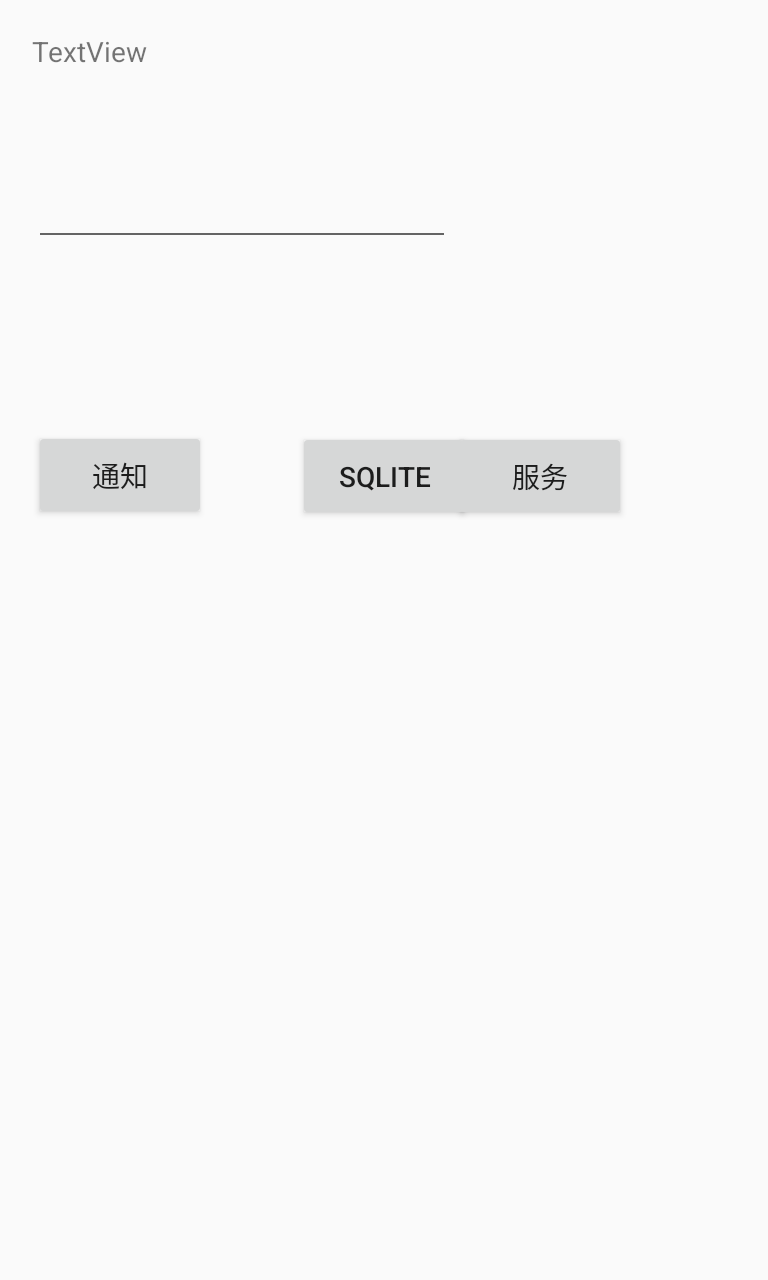
Repository: vampire08ms/Android_Project
Layout: Ring/res/layout/activity_main_activity1.xml
An editor plug-in stored every save of this project. The layout is shown before and after the next save, followed by the edit.
It is drawn on a 768 x 1280 px phone screen (xhdpi) without system bars, with theme AppTheme; the app's code is not run.

Above is the layout before, as saved 2015-02-22 05:38:23.

After the next save:
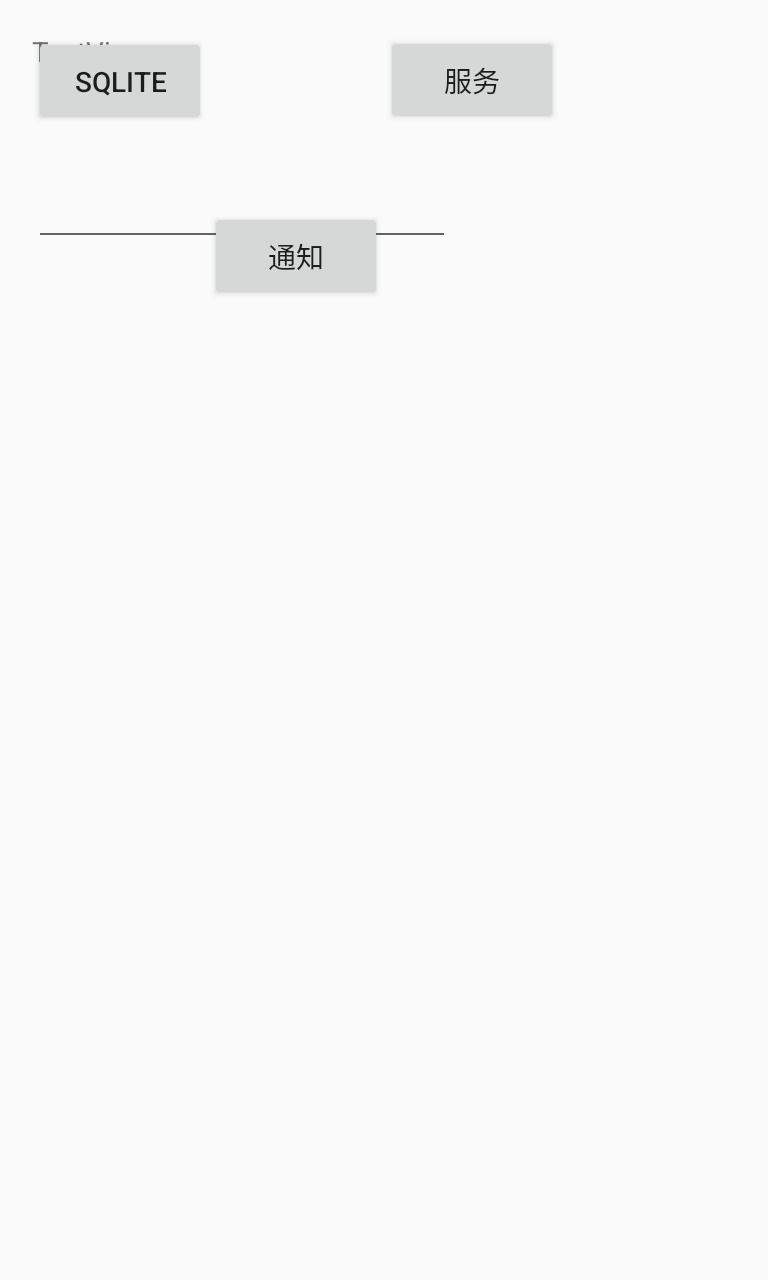
Saved 19 s later.
--- a/Ring/res/layout/activity_main_activity1.xml
+++ b/Ring/res/layout/activity_main_activity1.xml
@@ -16,24 +16,6 @@
         android:layout_alignParentTop="true"
         android:text="TextView" />
 
-    <Button
-        android:id="@+id/button2"
-        android:layout_width="wrap_content"
-        android:layout_height="wrap_content"
-        android:layout_alignBaseline="@+id/button1"
-        android:layout_alignBottom="@+id/button1"
-        android:layout_centerHorizontal="true"
-        android:text="SQLite" />
-
-    <Button
-        android:id="@+id/button1"
-        android:layout_width="wrap_content"
-        android:layout_height="wrap_content"
-        android:layout_alignLeft="@+id/editText1"
-        android:layout_below="@+id/editText1"
-        android:layout_marginTop="88dp"
-        android:text="通知" />
-
     <EditText
         android:id="@+id/editText1"
         android:layout_width="wrap_content"
@@ -43,17 +25,35 @@
         android:layout_marginTop="49dp"
         android:ems="10" />
 
-    <Button
-        android:id="@+id/button3"
-        android:layout_width="wrap_content"
-        android:layout_height="wrap_content"
-        android:layout_alignTop="@+id/button2"
-        android:layout_toRightOf="@+id/editText1"
-        android:text="服务" />
-
     <LinearLayout
         android:layout_width="wrap_content"
         android:layout_height="wrap_content" >
+
+        <Button
+            android:id="@+id/button2"
+            android:layout_width="wrap_content"
+            android:layout_height="wrap_content"
+            android:layout_alignBaseline="@+id/button1"
+            android:layout_alignBottom="@+id/button1"
+            android:layout_centerHorizontal="true"
+            android:text="SQLite" />
+
+        <Button
+            android:id="@+id/button1"
+            android:layout_width="wrap_content"
+            android:layout_height="wrap_content"
+            android:layout_alignLeft="@+id/editText1"
+            android:layout_below="@+id/editText1"
+            android:layout_marginTop="88dp"
+            android:text="通知" />
+
+        <Button
+            android:id="@+id/button3"
+            android:layout_width="wrap_content"
+            android:layout_height="wrap_content"
+            android:layout_alignTop="@+id/button2"
+            android:layout_toRightOf="@+id/editText1"
+            android:text="服务" />
     </LinearLayout>
 
 </RelativeLayout>
